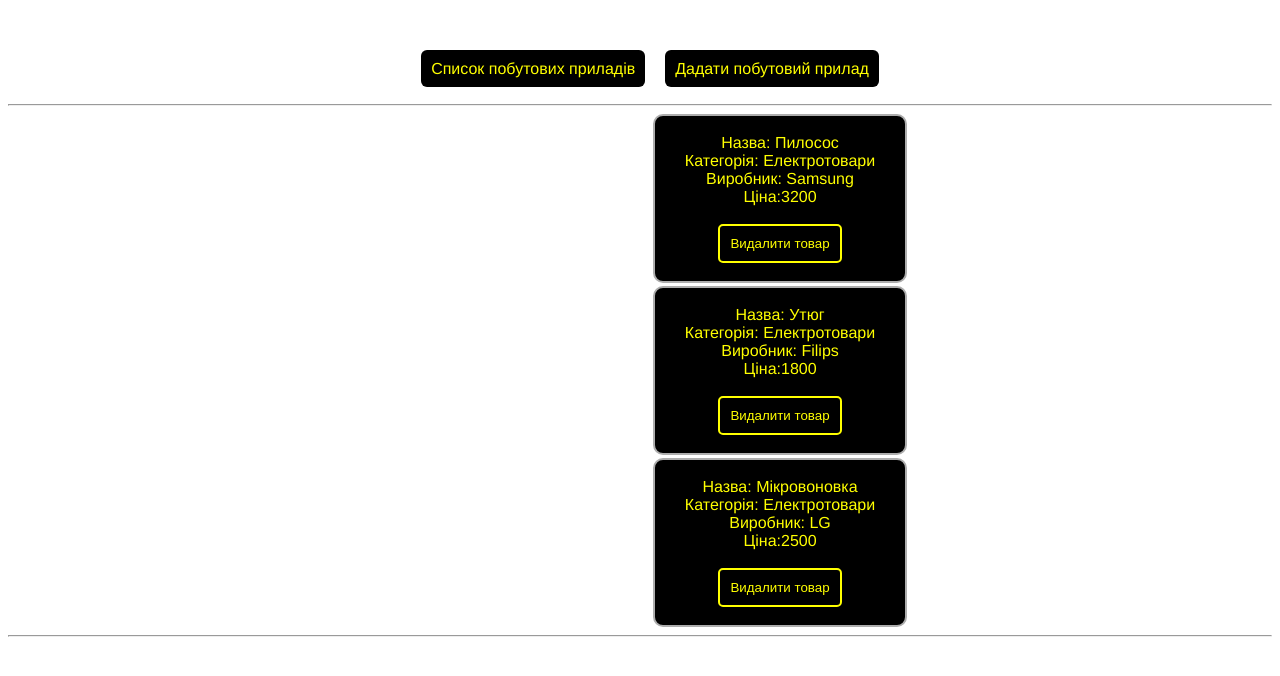
Repository: KYUUBI-K/Labs-from-2-course-
Page: /#/ (app in mkr2-v5/)
The author's editor kept a copy of each file at every save. The page is drawn from the files as they stood at one save, then again after the next save.
The browser window is 1280 px wide. The pictures show the whole page.
The project was rebuilt for these pictures with package versions that can differ from the ones it lists, and the page was loaded fresh each time. Also part of the build but not shown: mkr2-v5/src/pages/AddHouseholdGoods/index.vue.

Above is the page before, as saved 2021-12-21 11:40:30.

After the next save:
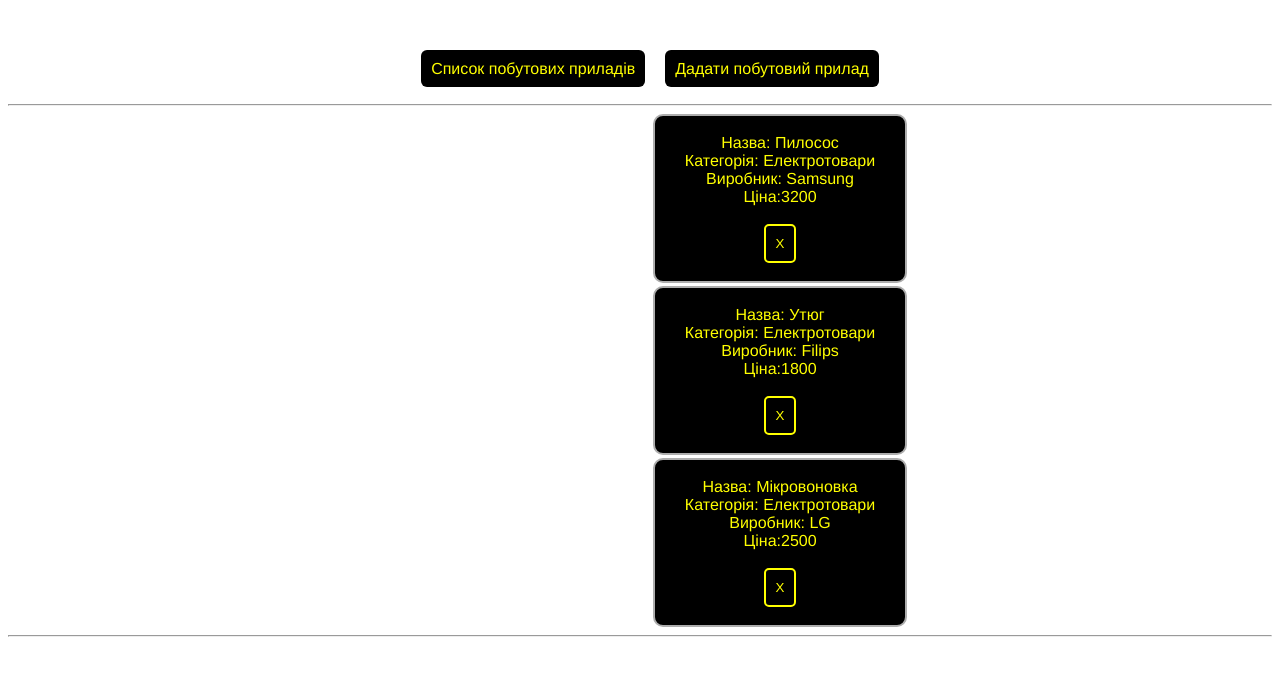
Saved 19 s later.
--- a/mkr2-v5/src/components/HouseholdGoodsList/HouseholdGoodsItem/index.vue
+++ b/mkr2-v5/src/components/HouseholdGoodsList/HouseholdGoodsItem/index.vue
@@ -1,6 +1,6 @@
 <template>
     <div class="householdGoods">
-        <div><br>Назва: {{householdGoods.name}}<br> Категорія: {{householdGoods.category}}<br> Виробник: {{householdGoods.producer}}<br> Ціна:{{householdGoods.price}}<br><br> <button @click="delatehouseholdGoods">Видалити товар</button> <br> <br></div>
+        <div><br>Назва: {{householdGoods.name}}<br> Категорія: {{householdGoods.category}}<br> Виробник: {{householdGoods.producer}}<br> Ціна:{{householdGoods.price}}<br><br> <button @click="delatehouseholdGoods">X</button> <br> <br></div>
     </div>
 </template>
 

After the save that followed:
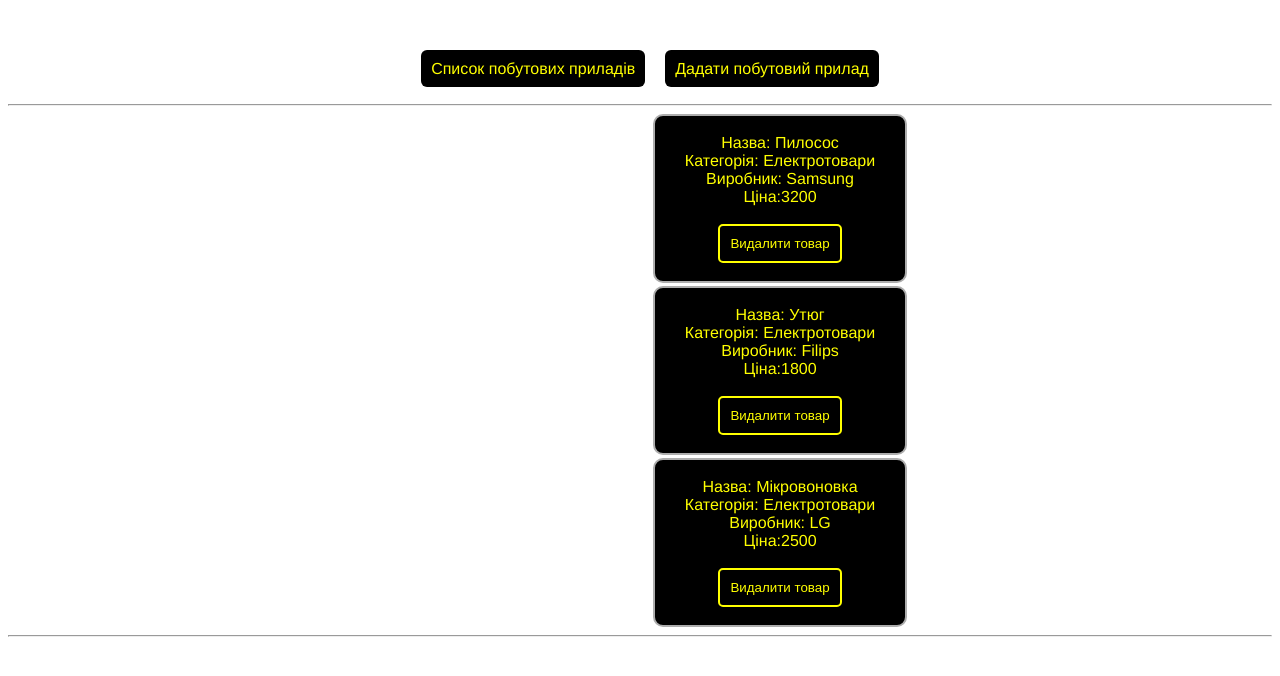
Saved 20 s later.
--- a/mkr2-v5/src/components/HouseholdGoodsList/HouseholdGoodsItem/index.vue
+++ b/mkr2-v5/src/components/HouseholdGoodsList/HouseholdGoodsItem/index.vue
@@ -1,6 +1,6 @@
 <template>
     <div class="householdGoods">
-        <div><br>Назва: {{householdGoods.name}}<br> Категорія: {{householdGoods.category}}<br> Виробник: {{householdGoods.producer}}<br> Ціна:{{householdGoods.price}}<br><br> <button @click="delatehouseholdGoods">X</button> <br> <br></div>
+        <div><br>Назва: {{householdGoods.name}}<br> Категорія: {{householdGoods.category}}<br> Виробник: {{householdGoods.producer}}<br> Ціна:{{householdGoods.price}}<br><br> <button @click="delatehouseholdGoods">Видалити товар</button> <br> <br></div>
     </div>
 </template>
 
